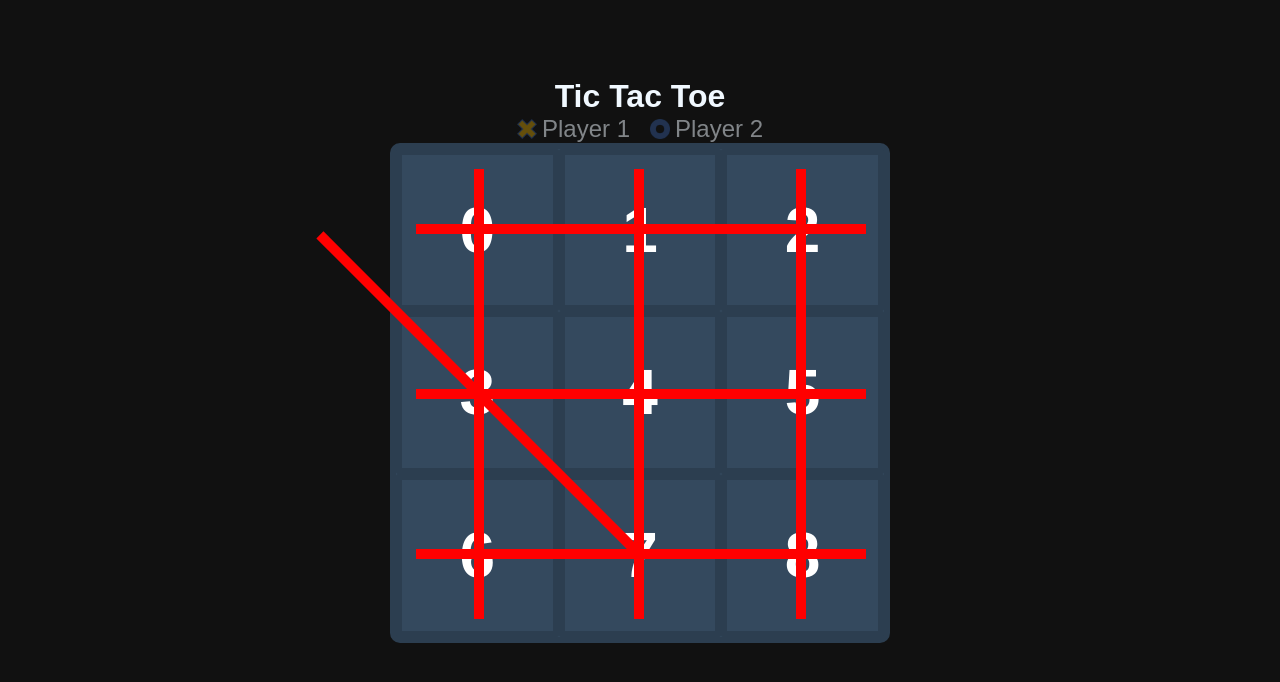
Repository: richardlieknis/tictactoe
Page: index.html
The author's editor kept a copy of each file at every save. The page is drawn from the files as they stood at one save, then again after the next save.
The browser window is 1280 px wide. The pictures show the whole page.

Above is the page before, as saved 2022-12-08 14:36:19.

After the next save:
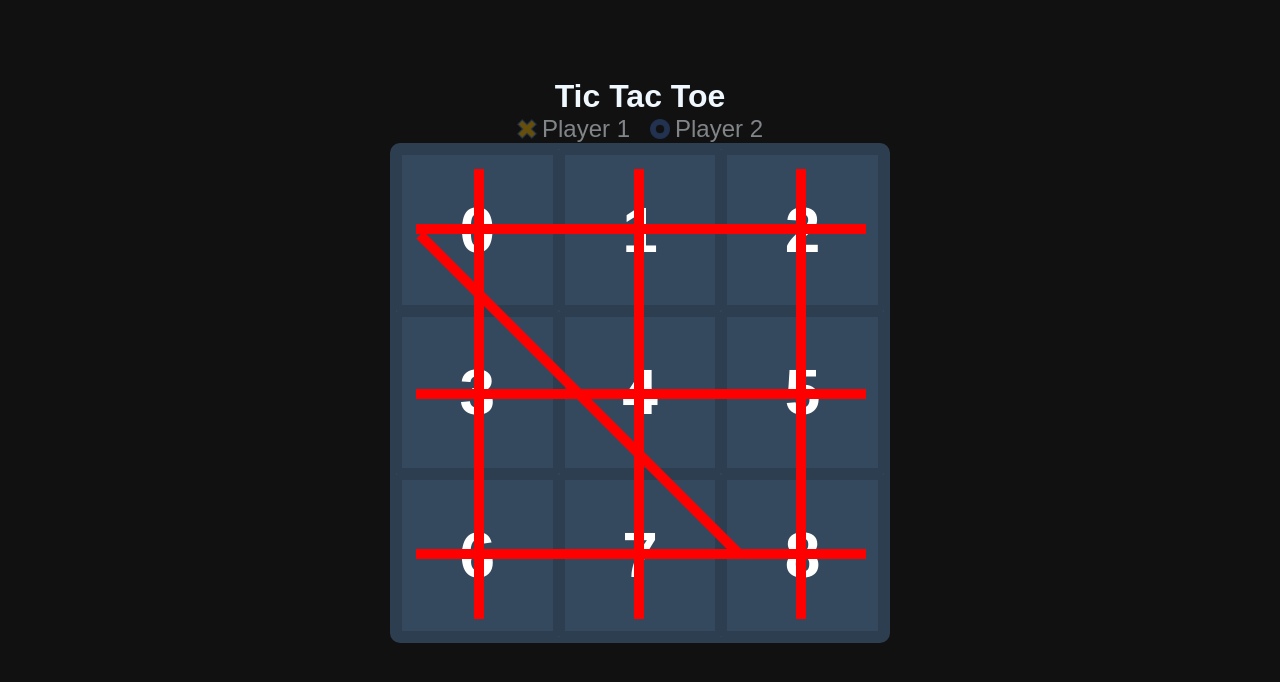
Saved 12 s later.
--- a/index.html
+++ b/index.html
@@ -40,7 +40,7 @@
                 <div class="line" style="top: 240px; right: 180px; transform: rotate(90deg)"></div>
                 <div class="line" style="top: 240px; right: 20px; transform: rotate(90deg)"></div>
                 <div class="line" style="top: 240px; left: 180px; transform: rotate(90deg)"></div>
-                <div class="line" style="top: 240px; right: 180px; transform: rotate(45deg)"></div>
+                <div class="line" style="top: 240px; right: 80px; transform: rotate(45deg)"></div>
                 <div class="line" style="top: 75px; left: 20px"></div>
             </div>
         </div>
